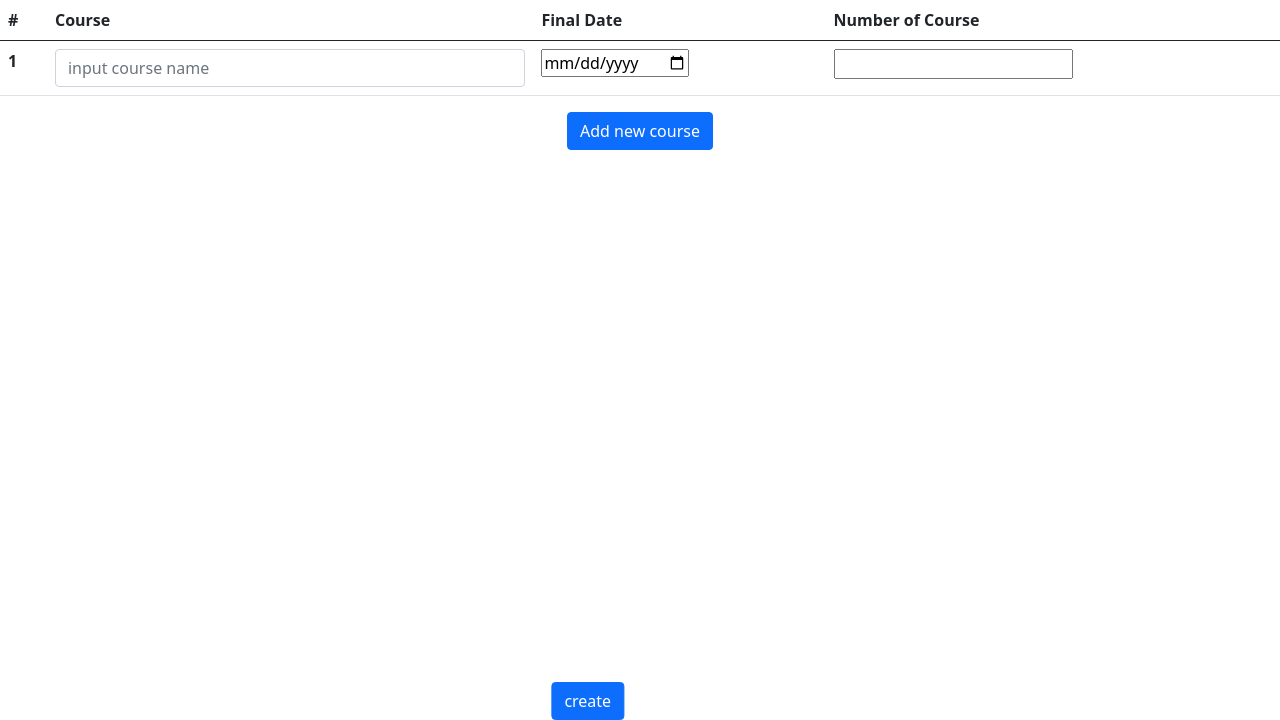
Repository: xich4932/fuxiguanli
Page: class_main.html
The author's editor kept a copy of each file at every save. The page is drawn from the files as they stood at one save, then again after the next save.
The browser window is 1280 px wide. The pictures show the whole page.

Above is the page before, as saved 2021-06-24 16:09:36.

After the next save:
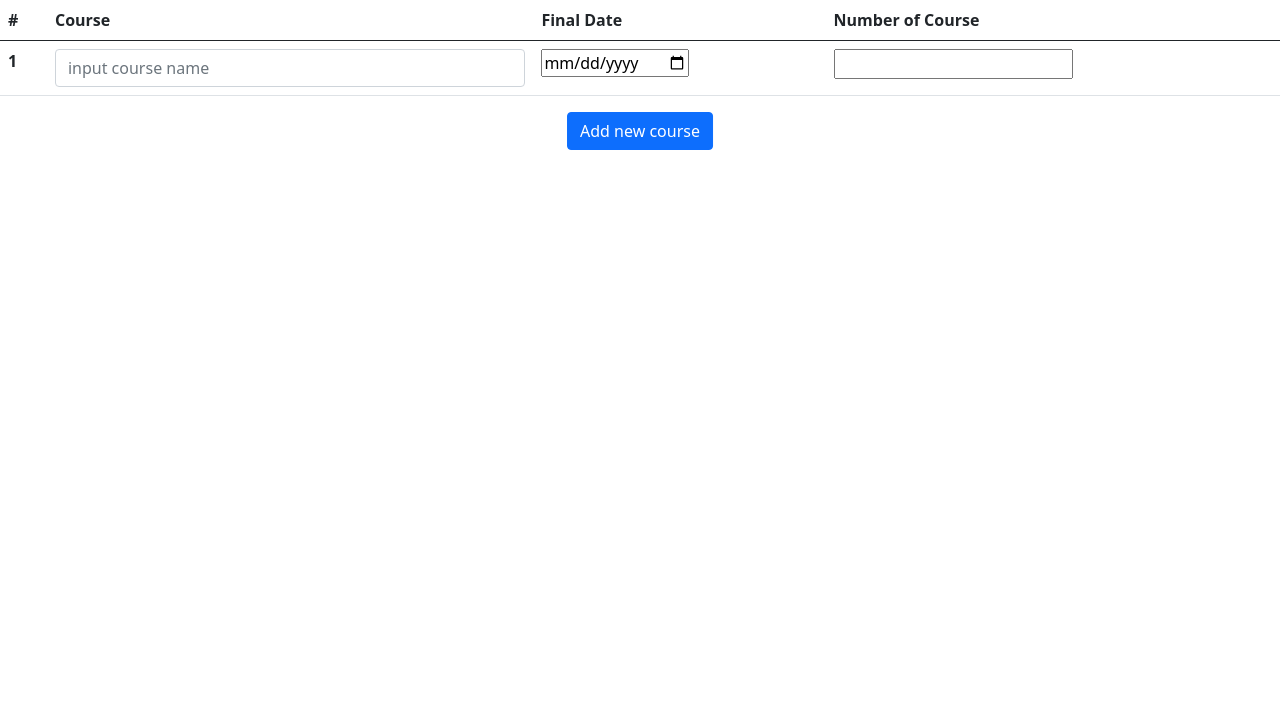
Saved 72 s later.
--- a/class_main.html
+++ b/class_main.html
@@ -76,15 +76,16 @@
           </div>
 
         </div>
-        -->
+
         <div class="position-absolute bottom-0 start-50 translate-middle-x">
 
           <button type="button" class="btn btn-primary" id="crtbtn" onclick="create()">create</button>
-          <!--
+
           <a class="download hide" id="downloadLink" download="event.ics">Download</a>
-          -->
+
           <a class="btn btn-primary" style="visibility: hidden;" href="#" role="button" id="downbtn" download="event.ics" >download</a>
          </div>
+        -->
     </div>
   </body>
 </html>
